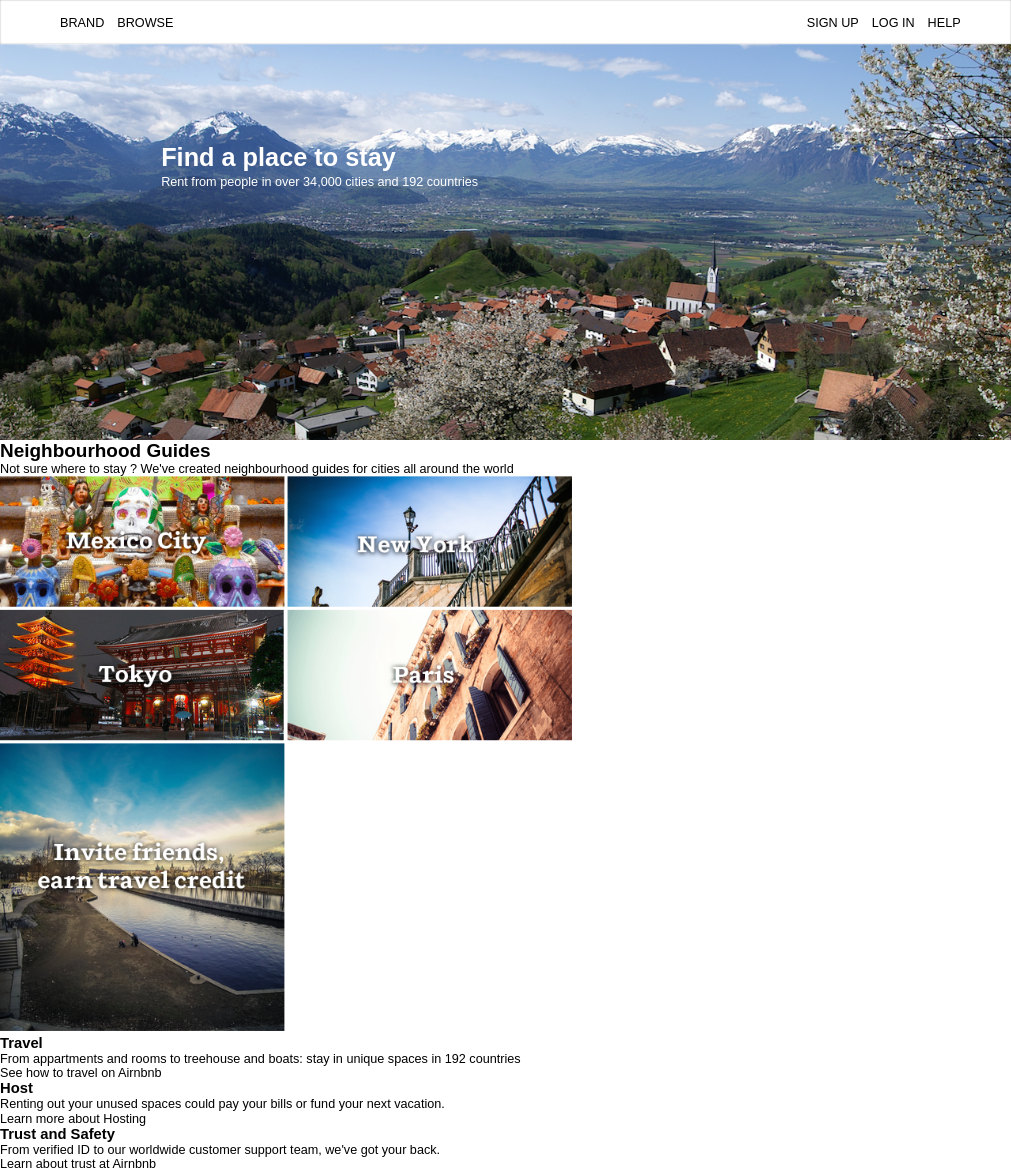
Repository: Naohonproject/web101x02_asm1
Page: Project2.html
These files come from the project's save history. The page is drawn as it stood at one moment and after the next save; the edit follows.
The browser window is 1280 px wide. The pictures show the whole page, at 79% of full size.

Above is the page before, as saved 2022-01-15 18:23:13.

### Project2.html
<!-- @format -->

<!DOCTYPE html>
<html lang="en">
	<head>
		<meta charset="UTF-8" />
		<meta http-equiv="X-UA-Compatible" content="IE=edge" />
		<meta name="viewport" content="width=device-width, initial-scale=1.0" />
		<link rel="stylesheet" href="./assets/css/style.css" />
		<link rel="stylesheet" href="./assets/css/responsive.css" />
		<title>Homepage</title>
	</head>
	<body>
		<div id="header">
			<div class="header-wrapper">
				<div class="nav-bar">
					<ul class="left-nav pull-left">
						<li>Brand</li>
						<li>Browse</li>
					</ul>
					<ul class="right-nav pull-right">
						<li><a href="Signup.html">Sign Up</a></li>
						<li><a href="login.html" target="_blank">Log In</a></li>
						<li>Help</li>
					</ul>
				</div>
			</div>
		</div>

		<div id="banner">
			<div class="banner-wrapper">
				<div class="banner-text-content">
					<div class="content-heading">
						<h1 class="white-text">Find a place to stay</h1>
					</div>
					<div class="content-desc">
						<p class="white-text">
							Rent from people in over 34,000 cities and 192 countries
						</p>
					</div>
				</div>
			</div>
		</div>

		<div id="content">
			<div class="content-wrapper">
				<div class="content-heading">
					<h2>Neighbourhood Guides</h2>
					<p>
						Not sure where to stay ? We've created neighbourhood guides for
						cities all around the world
					</p>
				</div>
				<div class="content-images-table">
					<div>
						<img
							src="./assets/img/web101x-Mexico City.png"
							alt="Mexico City"
							width="360"
						/>
						<img
							src="./assets/img/web101x-New York.png"
							alt="New York City"
							width="360"
						/>
					</div>
					<div>
						<img
							src="./assets/img/web101x-Tokyo.png"
							alt="Tokyo City"
							width="360"
						/>
						<img
							src="./assets/img/web101x-Paris.png"
							alt="Paris City"
							width="360"
						/>
					</div>
					<div>
						<img
							src="./assets/img/web101x-Invitation.png"
							alt="Invitation image"
							width="360"
						/>
					</div>
				</div>
			</div>
		</div>

		<div id="footer">
			<div class="footer-wrapper">
				<div class="footer-block">
					<h3>Travel</h3>
					<p>
						From appartments and rooms to treehouse and boats: stay in unique
						spaces in 192 countries
					</p>
					<a href="#">See how to travel on Airnbnb</a>
				</div>

				<div class="footer-blockr">
					<h3>Host</h3>
					<p>
						Renting out your unused spaces could pay your bills or fund your
						next vacation.
					</p>
					<a href="#">Learn more about Hosting</a>
				</div>

				<div class="footer-block">
					<h3>Trust and Safety</h3>
					<p>
						From verified ID to our worldwide customer support team, we've got
						your back.
					</p>
					<a href="#">Learn about trust at Airnbnb</a>
				</div>
			</div>
		</div>
	</body>
</html>

### assets/css/style.css
/** @format */

/* common */

/* reset css */
* {
	box-sizing: border-box;
	padding: 0;
	margin: 0;
	text-decoration: none;
	color: #000;
}

/* row style */
.row {
}
/* collumn style */
.col {
}

.col-haft {
}

.col-third {
}

.align-center {
}
/* Set text lineweight to Bold */
.bold-text {
}
.white-text {
	color: #fff !important;
}
.btn-hover {
}

.pull-left {
	float: left !important;
}

.pull-right {
	float: right !important;
}

/* specific */

html {
	font-family: Arial, Helvetica, sans-serif;
}

/* start styling header */
#header {
	height: 56px;
	width: 100%;
	background-color: #fff;
	background-clip: border-box;
	box-shadow: 0 0 2px grey inset;
	color: #000;
	font-size: 16px;
	text-transform: uppercase;
	font-weight: 500;
	position: fixed;
	top: 0;
	left: 0;
}

#header li {
	display: inline-block;
	margin-left: 12px;
}

.header-wrapper {
	padding: 20px 64px;
}
/* end styling header */

/* start styling banner */
#banner {
	width: 100%;
	margin-top: 56px;
	padding-top: 39.123607%;
	background: url(../img/banner/banner.png) top center / cover no-repeat;
	background-origin: border-box;
	position: relative;
	top: 0;
	left: 0;
}

.banner-text-content {
	position: absolute;
	top: 25%;
	left: 200px;
}

#banner .content-heading,
.content-desc {
	padding: 0px 4px;
	margin-bottom: 4px;
}

Loaded but not shown: assets/css/responsive.css (no stored copy; drawn as an empty file)

After the next save:
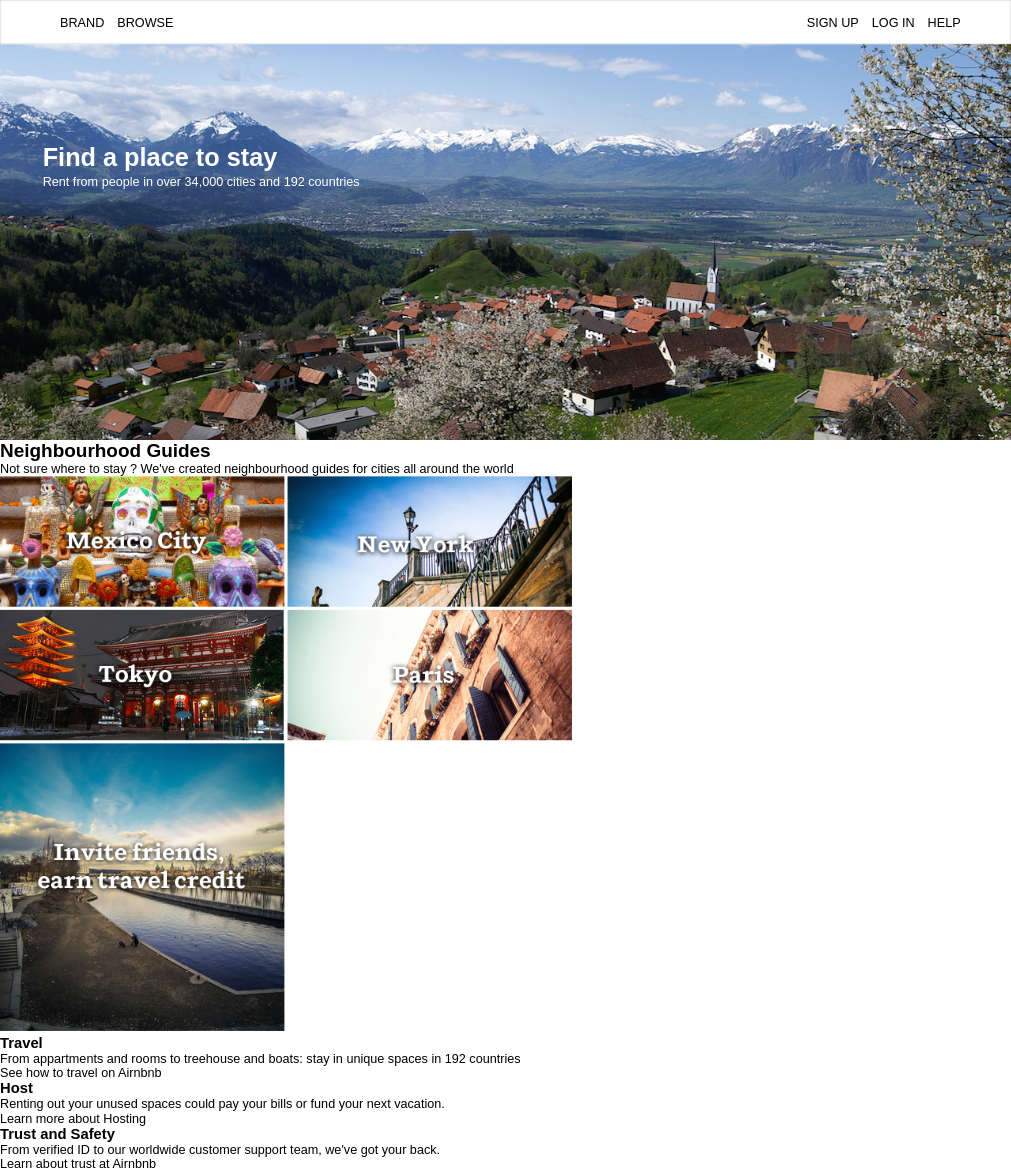
Saved 5 s later.
--- a/assets/css/style.css
+++ b/assets/css/style.css
@@ -90,7 +90,7 @@ html {
 .banner-text-content {
 	position: absolute;
 	top: 25%;
-	left: 200px;
+	left: 50px;
 }
 
 #banner .content-heading,
